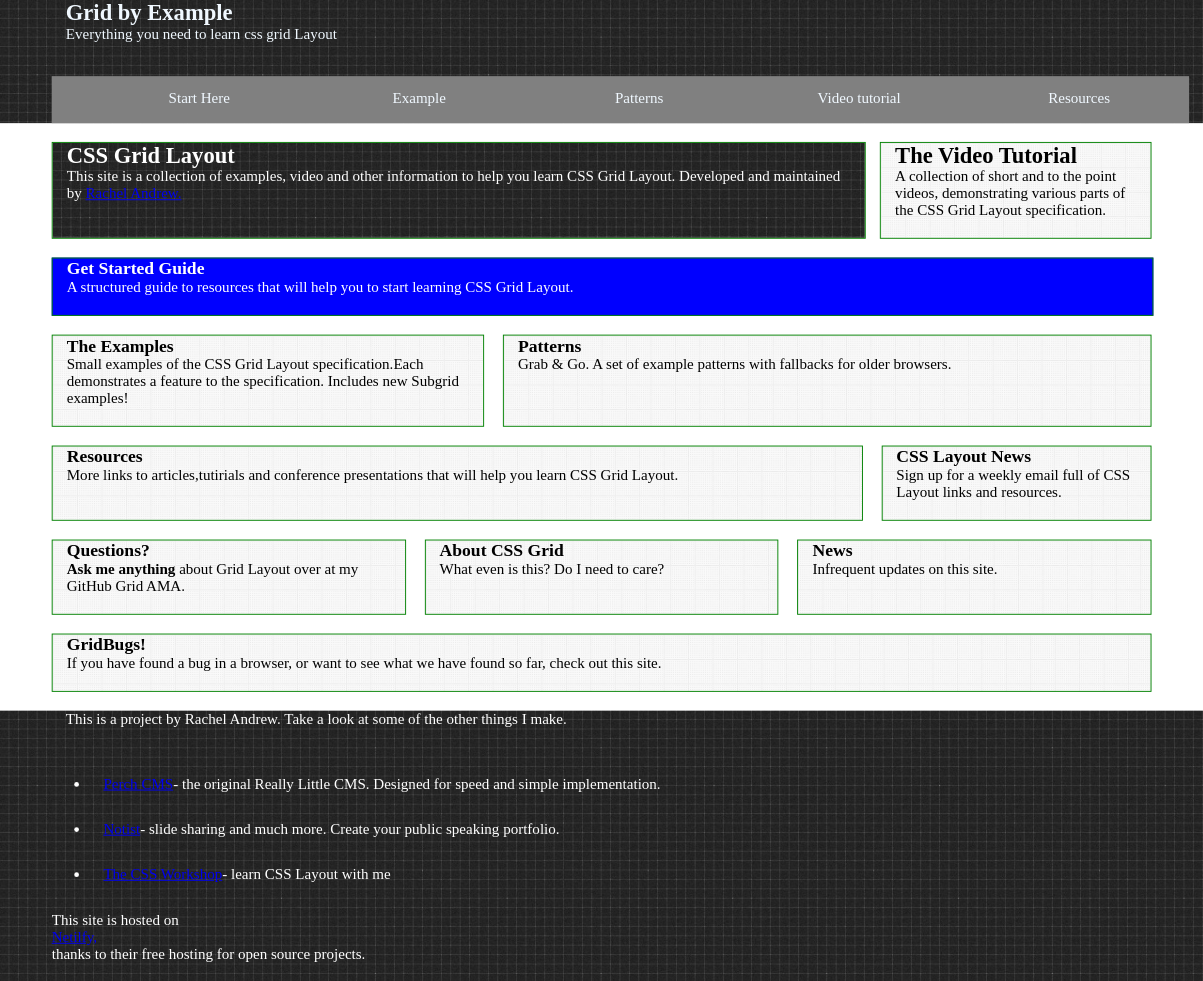
Repository: sitikhusushan/grid
Page: index.html
An editor plug-in stored every save of this project. The page is shown before and after the next save, followed by the edit.
The browser window is 1280 px wide. The pictures show the whole page, at 94% of full size.

Above is the page before, as saved 2020-05-12 23:40:01.

After the next save:
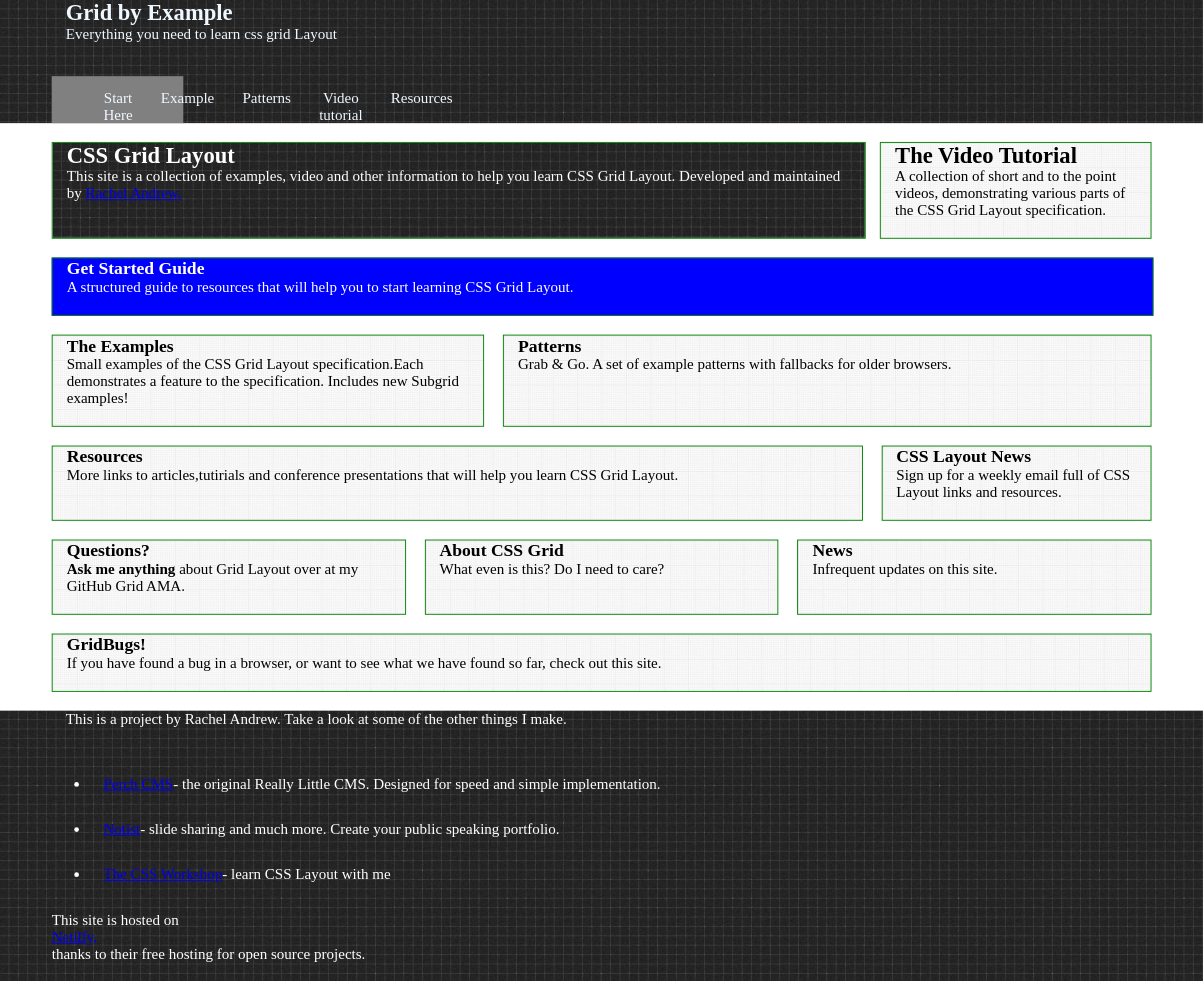
Saved 23 s later.
--- a/style.css
+++ b/style.css
@@ -26,6 +26,7 @@
 
 .header ul {
   width: 1170px;
+  max-width: 100px;
   background-color: grey;
 }
 

After the save that followed:
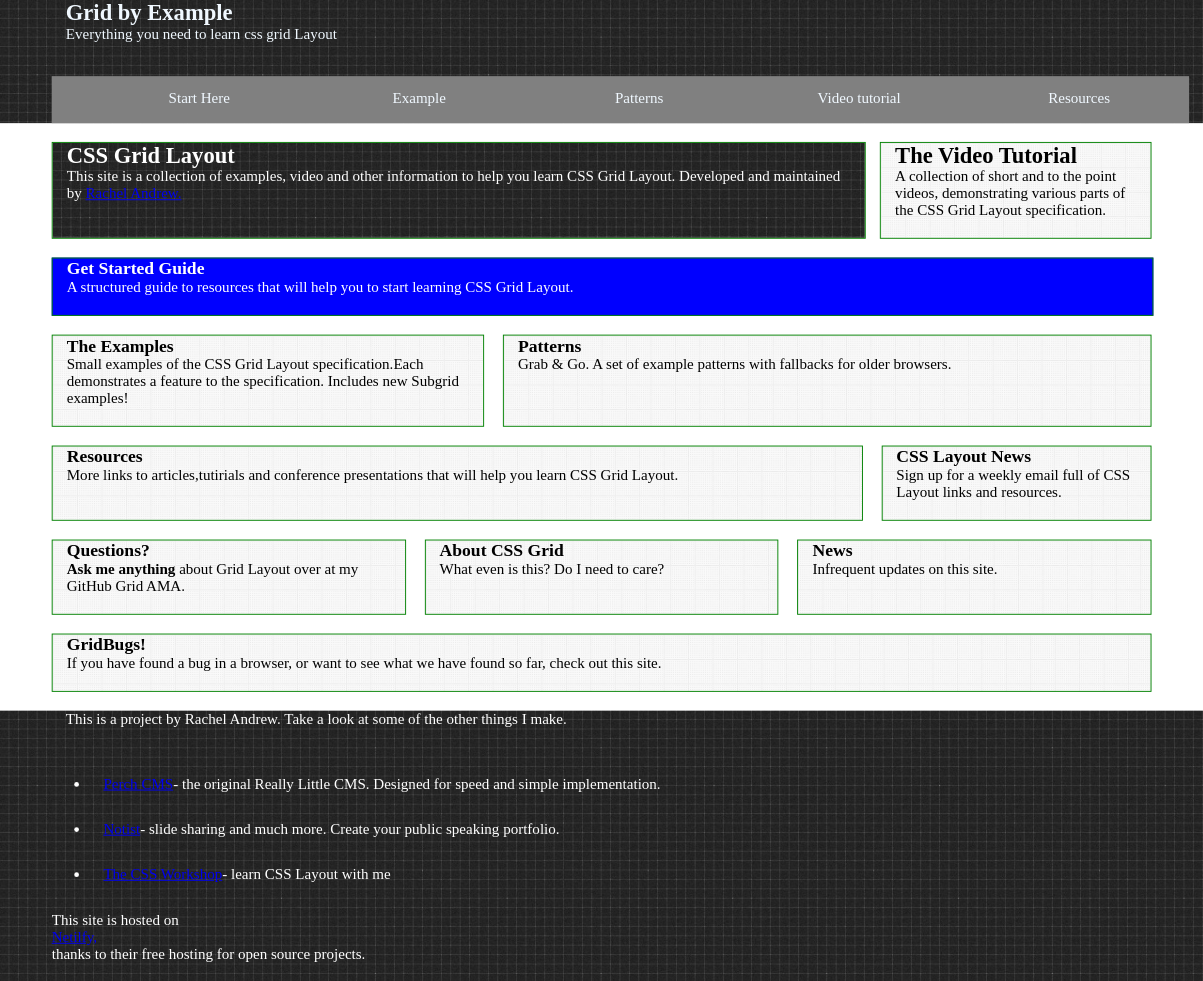
Saved 14 s later.
--- a/style.css
+++ b/style.css
@@ -26,7 +26,6 @@
 
 .header ul {
   width: 1170px;
-  max-width: 100px;
   background-color: grey;
 }
 
